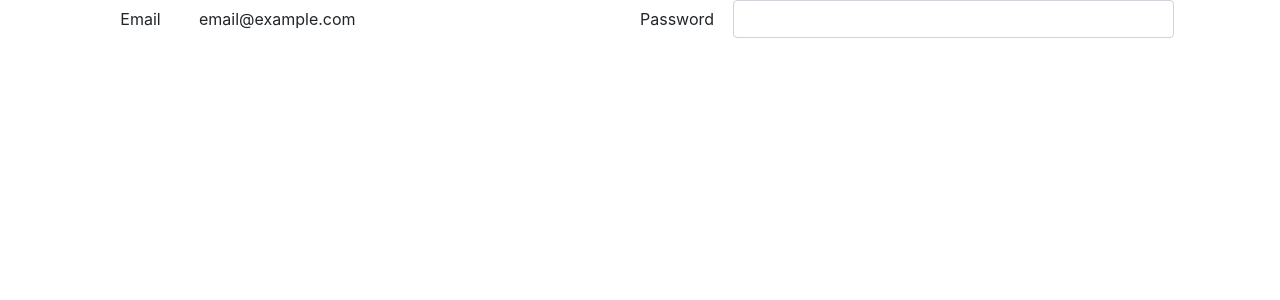
Repository: mariamkhaledsapra/E-Commerce-main
Page: /login
The author's editor kept a copy of each file at every save. The page is drawn from the files as they stood at one save, then again after the next save.
The browser window is 1280 px wide. The pictures show the whole page.
The project was rebuilt for these pictures with package versions that can differ from the ones it lists, and the page was loaded fresh each time. Also part of the build but not shown: src/components/Navbar.jsx.

Above is the page before, as saved 2024-02-13 21:30:34.

After the next save:
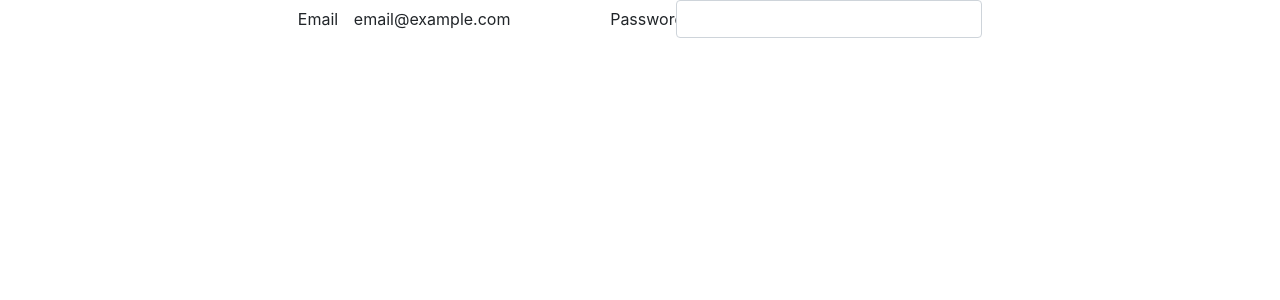
Saved 25 s later.
--- a/src/components/Login.jsx
+++ b/src/components/Login.jsx
@@ -4,7 +4,7 @@
   return (
     <div className="container d-flex justify-content-center">
       {" "}
-      <div className="mb-3 row col-6">
+      <div className="mb-3 row ">
         <label for="staticEmail" className="col-sm-2 col-form-label">
           Email
         </label>
@@ -18,7 +18,7 @@
           />
         </div>
       </div>
-      <div className="mb-3 row col-6">
+      <div className="mb-3 row ">
         <label for="inputPassword" className="col-sm-2 col-form-label">
           Password
         </label>

After the save that followed:
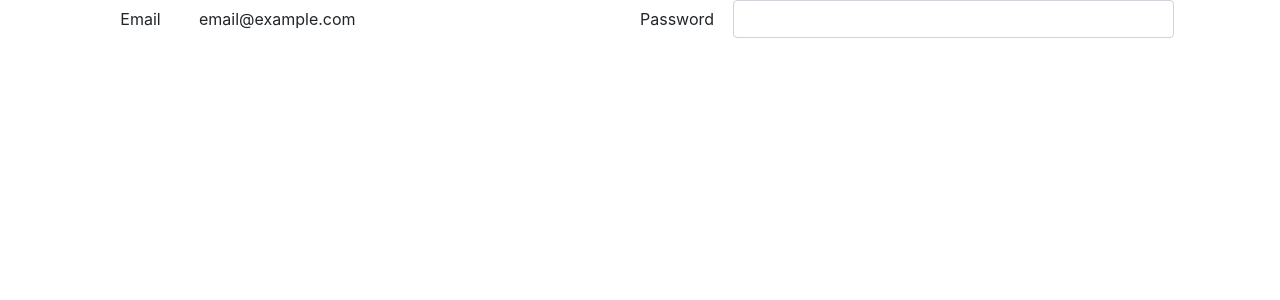
Saved 4 s later.
--- a/src/components/Login.jsx
+++ b/src/components/Login.jsx
@@ -4,7 +4,7 @@
   return (
     <div className="container d-flex justify-content-center">
       {" "}
-      <div className="mb-3 row ">
+      <div className="mb-3 row col-6">
         <label for="staticEmail" className="col-sm-2 col-form-label">
           Email
         </label>
@@ -18,7 +18,7 @@
           />
         </div>
       </div>
-      <div className="mb-3 row ">
+      <div className="mb-3 row col-6">
         <label for="inputPassword" className="col-sm-2 col-form-label">
           Password
         </label>
